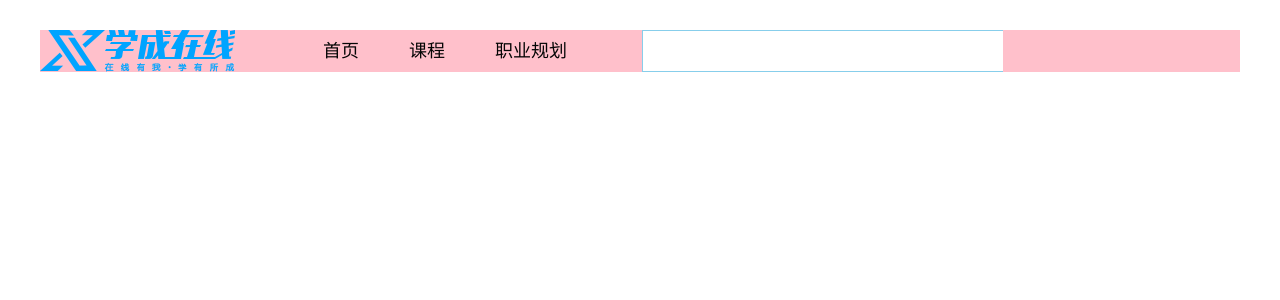
Repository: R1Deemo/Web-Project
Page: index..html
The author's editor kept a copy of each file at every save. The page is drawn from the files as they stood at one save, then again after the next save.
The browser window is 1280 px wide. The pictures show the whole page.

Above is the page before, as saved 2022-03-08 21:39:11.

After the next save:
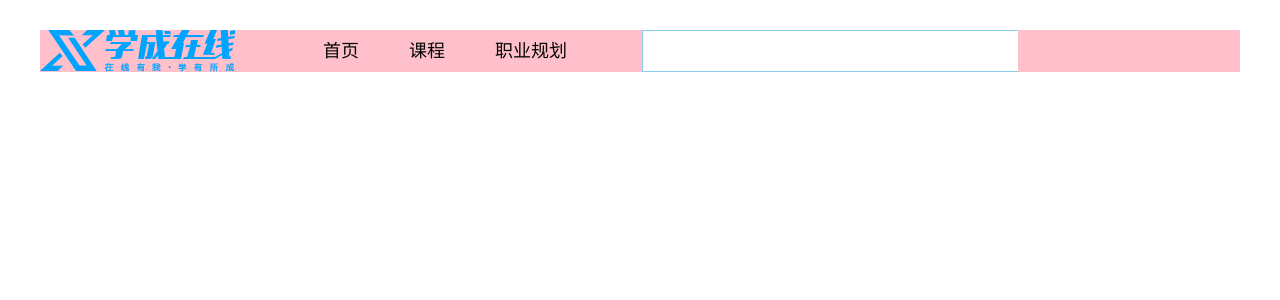
Saved 83 s later.
--- a/style.css
+++ b/style.css
@@ -63,4 +63,7 @@
     height: 40px;
     border: 1px solid skyblue;
     border-right: 0;
+    color: #bfbfbf;
+    font-size: 14px;
+    padding-left: 15px;
 }
